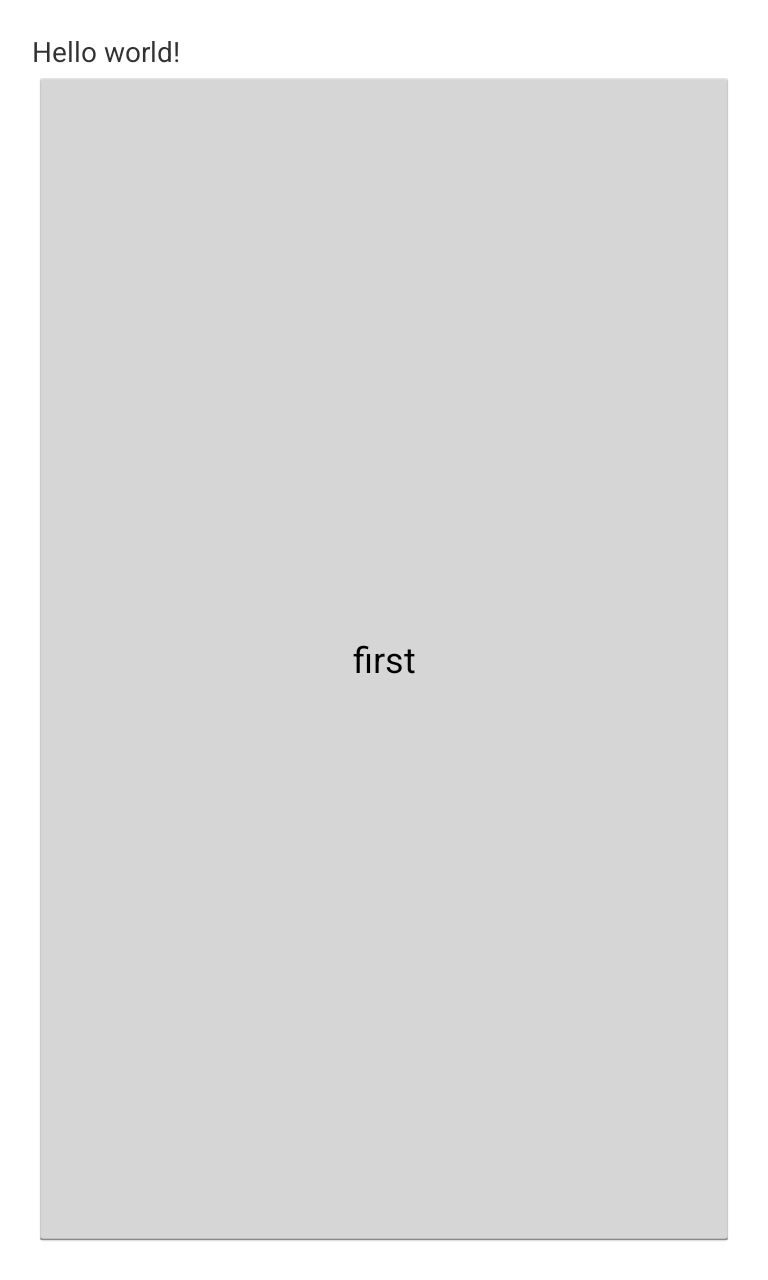
Repository: qwer2714856/Android_learn
Layout: event/res/layout/activity_main.xml
The author's editor kept a copy of each file at every save. The layout is drawn from the files as they stood at one save, then again after the next save.
It is drawn on a 768 x 1280 px phone screen (xhdpi) without system bars, with theme AppTheme; the app's code is not run.

Above is the layout before, as saved 2015-09-24 09:49:36.

### event/res/layout/activity_main.xml
<LinearLayout xmlns:android="http://schemas.android.com/apk/res/android"
    xmlns:tools="http://schemas.android.com/tools"
    android:layout_width="match_parent"
    android:layout_height="match_parent"
    android:paddingBottom="@dimen/activity_vertical_margin"
    android:paddingLeft="@dimen/activity_horizontal_margin"
    android:paddingRight="@dimen/activity_horizontal_margin"
    android:paddingTop="@dimen/activity_vertical_margin"
    tools:context="com.theadventus.event.MainActivity"
    android:orientation="vertical"
    >

    <TextView
        android:layout_width="wrap_content"
        android:layout_height="wrap_content"
        android:text="@string/hello_world" />

    <Button
        android:layout_width="match_parent"
        android:layout_height="match_parent"
        android:text="first"
        android:id="@+id/first"
        />

    <Button
        android:layout_width="match_parent"
        android:layout_height="match_parent"
        android:text="two"
        android:id="@+id/two"
        />

</LinearLayout>

### event/res/values/strings.xml
<?xml version="1.0" encoding="utf-8"?>
<resources>

    <string name="app_name">event</string>
    <string name="hello_world">Hello world!</string>
    <string name="action_settings">Settings</string>

</resources>

Loaded but not shown: event/res/values/styles.xml (common file); event/res/values-v11/styles.xml (common file); event/res/values-v14/styles.xml (common file); event/res/values/dimens.xml (common file); event/res/values-w820dp/dimens.xml (common file)

After the next save:
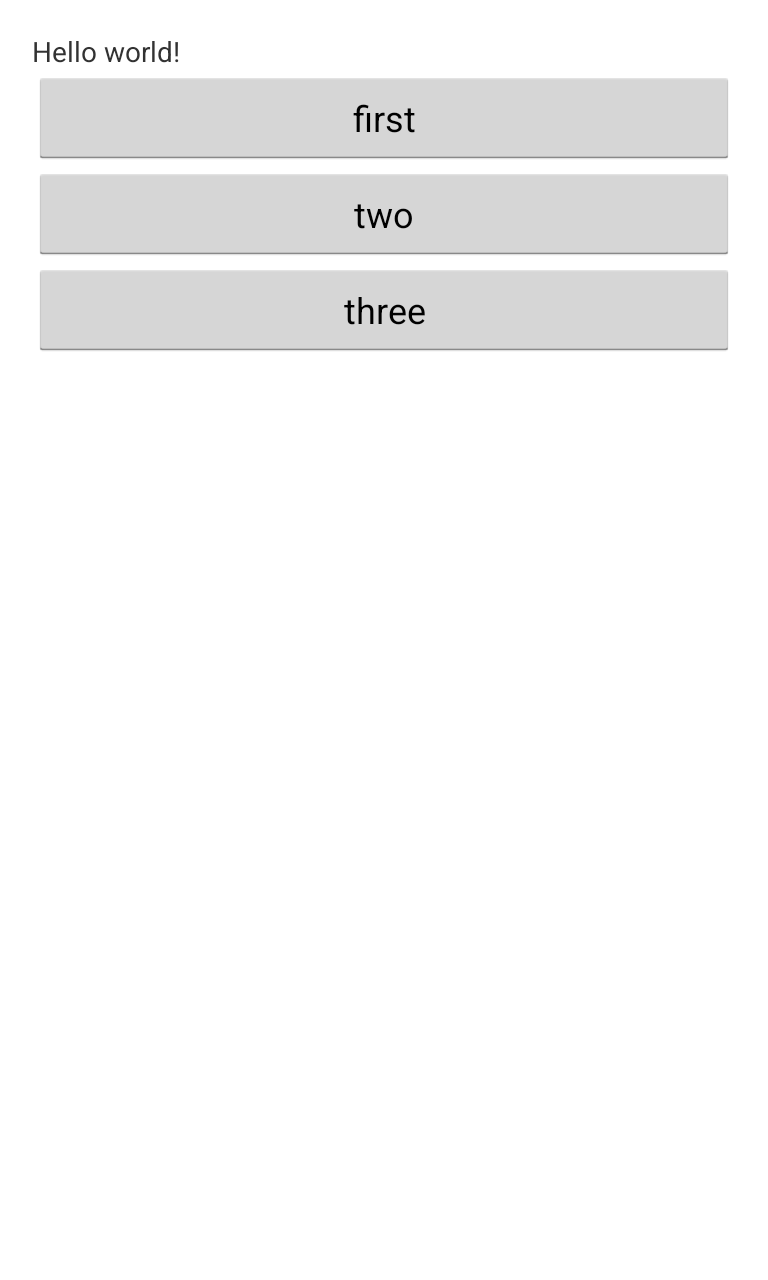
Saved 80 s later.
--- a/event/res/layout/activity_main.xml
+++ b/event/res/layout/activity_main.xml
@@ -17,16 +17,23 @@
 
     <Button
         android:layout_width="match_parent"
-        android:layout_height="match_parent"
+        android:layout_height="wrap_content"
         android:text="first"
         android:id="@+id/first"
         />
 
     <Button
         android:layout_width="match_parent"
-        android:layout_height="match_parent"
+        android:layout_height="wrap_content"
         android:text="two"
         android:id="@+id/two"
         />
 
+    <Button
+        android:layout_width="match_parent"
+        android:layout_height="wrap_content"
+        android:text="three"
+        android:id="@+id/three"
+        />
+
 </LinearLayout>
